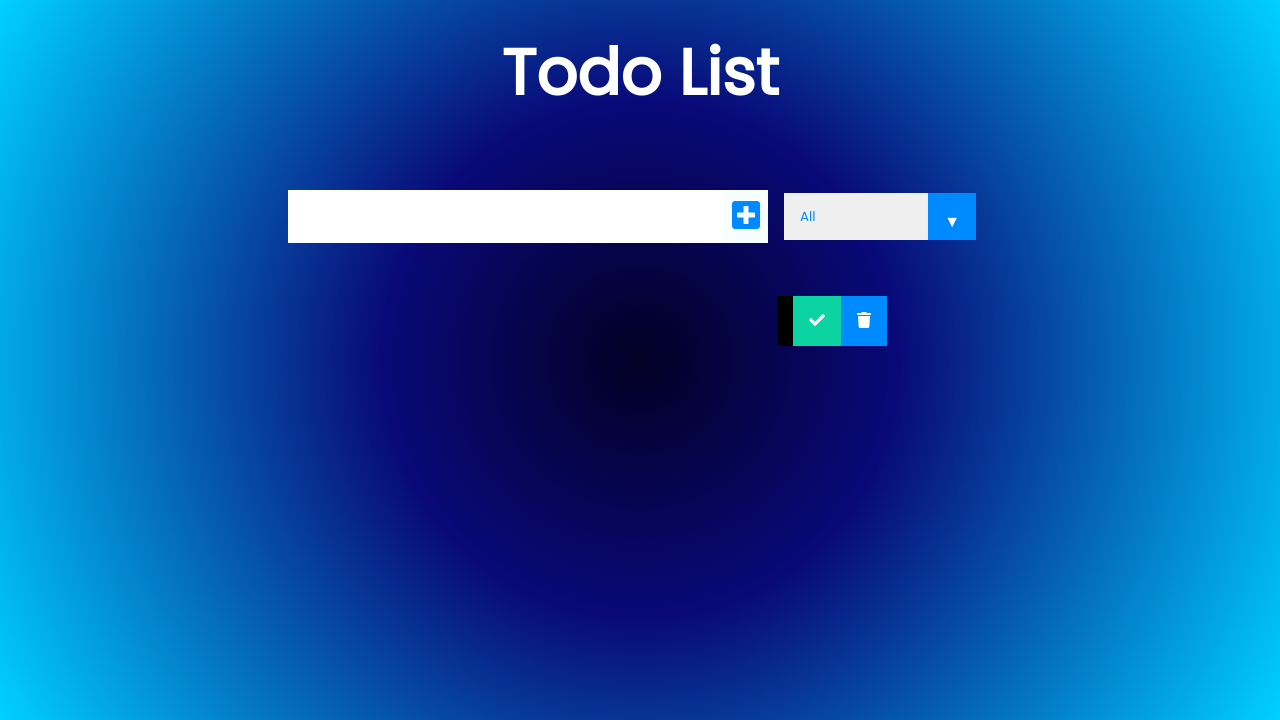
Repository: chellshelove/WADS_Assignment_TodoApp
Page: /
An editor plug-in stored every save of this project. The page is shown before and after the next save, followed by the edit.
The browser window is 1280 px wide. The pictures show the whole page.
Some web libraries are served in a nearby version. The project was rebuilt for these pictures with package versions that can differ from the ones it lists, and the page was loaded fresh each time.

Above is the page before, as saved 2023-03-09 21:04:04.

### src/App.js
import React, {useState} from 'react';
import './App.css';
//importing components
import Form from './components/Form';
import TodoList from './components/TodoList';

function App() {
  const [inputText, setInputText] = useState("");
  const [todos, setTodos] = useState([]);
  return (
    <div className="todo-app">
      <header>
        <h1>Todo List</h1>
      </header>
      <Form inputText={inputText} todos={todos} setTodos={setTodos} setInputTtext={setInputText}/>
      <TodoList />
    </div>
  );
}

export default App;

### src/App.css
* {
  margin: 0;
  padding: 0;
  box-sizing: border-box;
}
body {
  background-image: radial-gradient(circle, rgba(2,0,36,1) 0%, rgba(9,9,121,1) 35%, rgba(0,209,255,1) 100%);
  color: white;
  font-family: "Poppins", sans-serif;
  min-height: 100vh;
}
header {
  font-size: 2rem;
}

header,
form {
  min-height: 20vh;
  display: flex;
  justify-content: center;
  align-items: center;
}
form input,
form button {
  padding: 0.5rem;
  font-size: 2rem;
  border: none;
  background: white;
}
form button {
  color: #008aff;
  background: #f7fffe;
  cursor: pointer;
  transition: all 0.3s ease;
}
form button:hover {
  background: #00ddff;
  color: white;
}
.todo-container {
  display: flex;
  justify-content: center;
  align-items: center;
}

.todo-list {
  min-width: 30%;
  list-style: none;
}

.todo {
  margin: 0.5rem;
  background: black;
  font-size: 1.5rem;
  color: black;
  display: flex;
  justify-content: space-between;
  align-items: center;
  transition: all 1s ease;
}
.filter-todo {
  padding: 1rem;
}
.todo li {
  flex: 1;
}

.trash-btn,
.complete-btn {
  background: #008aff;
  color: white;
  border: none;
  padding: 1rem;
  cursor: pointer;
  font-size: 1rem;
}
.complete-btn {
  background: rgb(11, 212, 162);
}
.todo-item {
  padding: 0rem 0.5rem;
}

.fa-trash,
.fa-check {
  pointer-events: none;
}

.fall {
  transform: translateY(10rem) rotateZ(20deg);
  opacity: 0;
}

.completed {
  text-decoration: line-through;
  opacity: 0.5;
}

/*CUSTOM SELECTOR */
select {
  -webkit-appearance: none;
  -moz-appearance: none;
  -ms-appearance: none;
  appearance: none;
  outline: 0;
  box-shadow: none;
  border: 0 !important;
  background-image: none;
}

/* Custom Select */
.select {
  margin: 1rem;
  position: relative;
  overflow: hidden;
}
select {
  color: #008aff;
  font-family: "Poppins", sans-serif;
  cursor: pointer;
  width: 12rem;
}
/* Arrow */
.select::after {
  content: "\25BC";
  position: absolute;
  top: 0;
  right: 0;
  padding: 1rem;
  background: #008aff;
  cursor: pointer;
  pointer-events: none;
}
/* Transition */
/*
.select:hover::after {
  transform: scale(1.5);
}
*/

### src/components/Form.js
import React from 'react'

const Form = ({setInputText, todos, setTodos, inputText}) => {
    const inputTextHandler = (e) => {
        console.log(e.target.value);
        setInputText(e.target.value);
    };
    const submitTodoHandler = (e) => {
        e.preventDefault();
        setTodos = ([
            ...todos, {text: inputText, completed: false, id: Math.random() * 10000},
        ]);
        setInputText("");
    };
    return(
        <form>
      <input
      //value = {inputText}
      onChange={inputTextHandler} type="text" className="todo-input" />
      <button onClick={submitTodoHandler} className="todo-button" type="submit">
        <i className="fas fa-plus-square"></i>
      </button>
      <div className="select">
        <select name="todos" className="filter-todo">
          <option value="all">All</option>
          <option value="completed">Completed</option>
          <option value="uncompleted">Uncompleted</option>
        </select>
      </div>
    </form>
    );
}

export default Form;

### src/components/TodoList.js
import React from 'react';
import Todo from './Todo';

const TodoList = () => {
    return(
        <div className="todo-container">
      <ul className="todo-list"></ul>
      <Todo />
    </div>
    );
};

export default TodoList;

### src/components/Todo.js
import React from 'react'

const Todo = () => {
    return(
        <div className="todo">
            <li className="todo item"></li>
            <button className="complete-btn">
                <i className="fas fa-check"></i>
            </button>
            <button  className="trash-btn">
                <i className="fas fa-trash"></i>
            </button>
        </div>
    );
};

export default Todo;

Loaded but not shown: public/index.html (common file); src/index.js (common file)

After the next save:
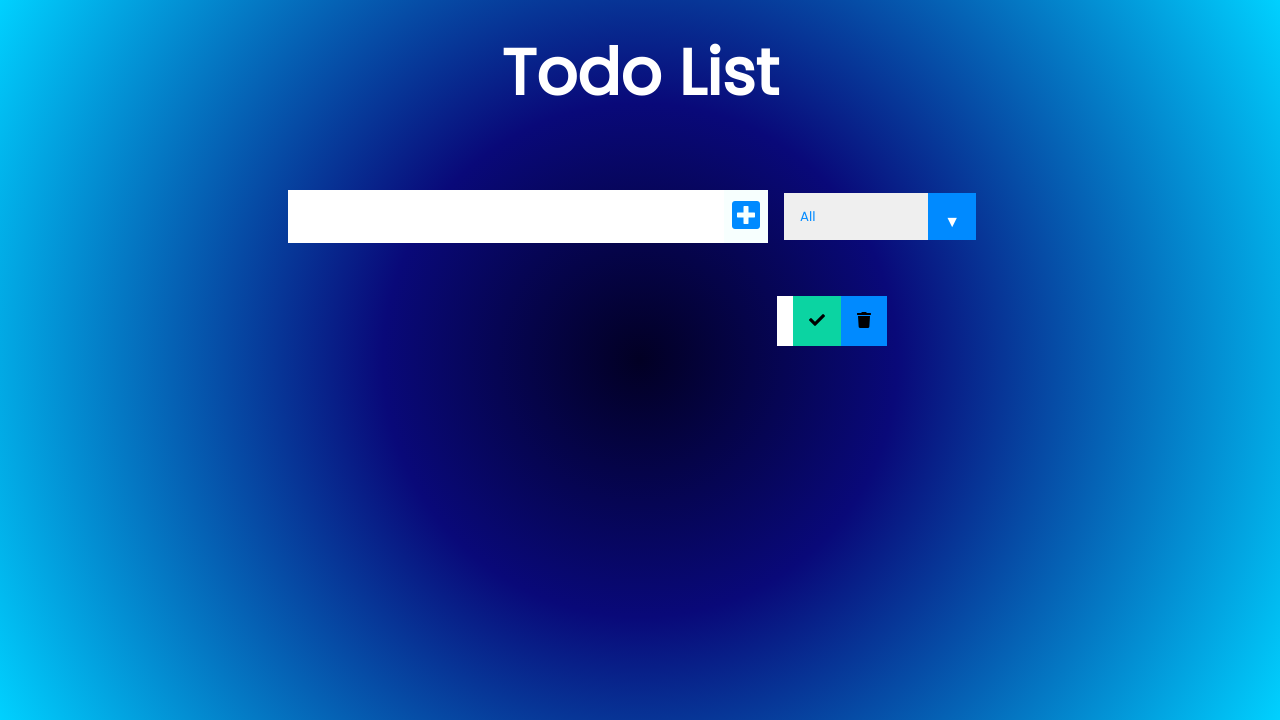
Saved 31 s later.
--- a/src/App.css
+++ b/src/App.css
@@ -50,7 +50,7 @@ form button:hover {
 
 .todo {
   margin: 0.5rem;
-  background: black;
+  background: white;
   font-size: 1.5rem;
   color: black;
   display: flex;
@@ -68,7 +68,7 @@ form button:hover {
 .trash-btn,
 .complete-btn {
   background: #008aff;
-  color: white;
+  color: black;
   border: none;
   padding: 1rem;
   cursor: pointer;
